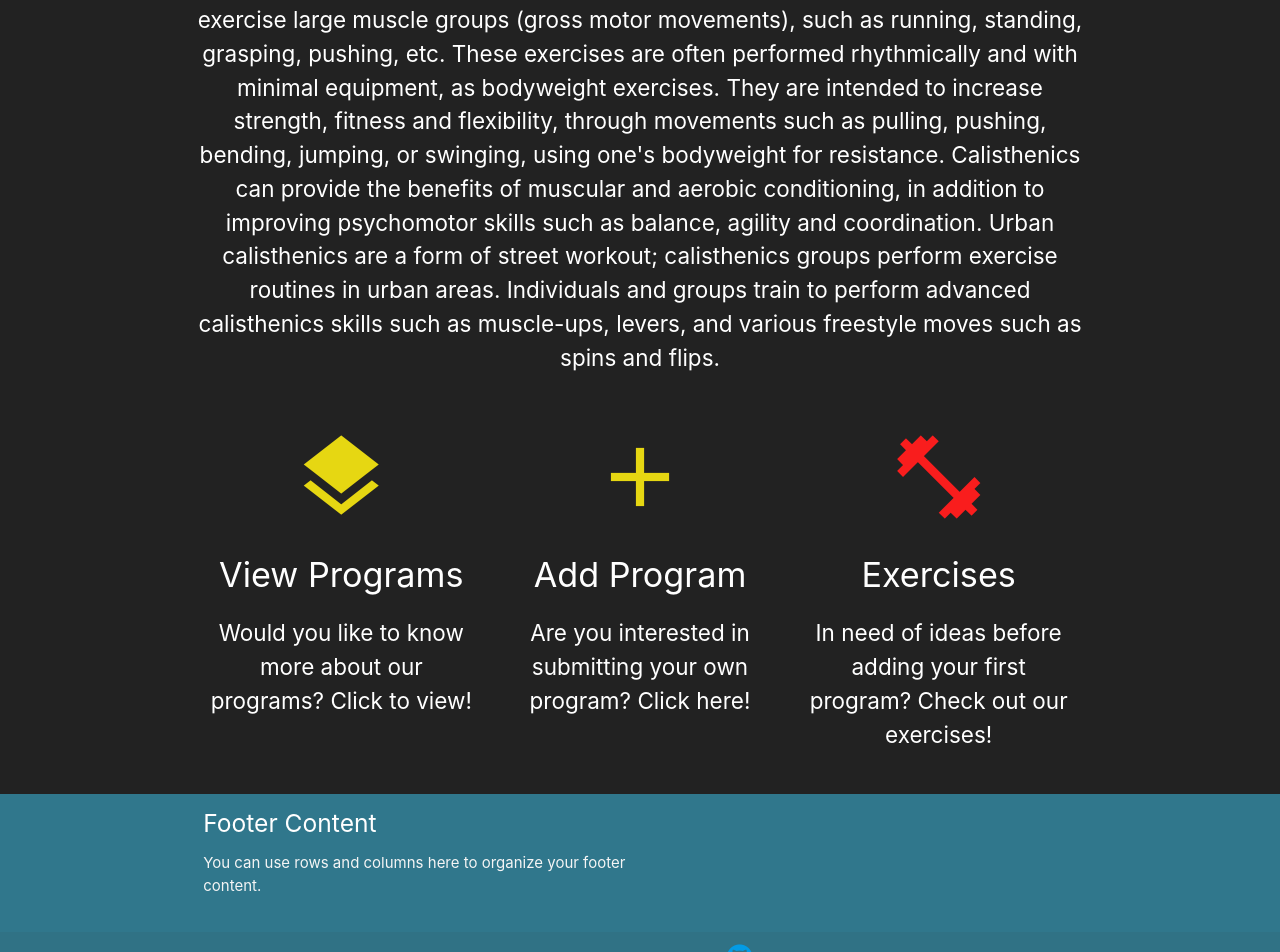
Repository: Ario124/calisthenics-project
Page: http://localhost/
The author's editor kept a record of every edit. The page is drawn from the files as they stood at one moment, then again after the next edit.
The browser window is 1280 px wide. The pictures show the part of the page from y = 951 to 1903 px (the page is 1936 px tall).
The page is served by the project's application, run on Flask 3 (app.py).

Above is the page before.

### templates/index.html
{% extends 'base.html' %}
{% block content %}

     <div class="video-container">
        <iframe src="///www.youtube.com/embed/FHBtLAvNGo4?start=14&end=103&controls=0&showinfo=0&rel=0&autoplay=1&loop=1&playlist=FHBtLAvNGo4&mute=1" frameborder="0" allowfullscreen></iframe>
      </div>


        <div class="container">
            <div class="col s12 center">
                <h1 class="center">What is Calisthenics?</h1>

                <p class="flow-text">
                    Calisthenics is a form of exercise consisting of a variety of movements which exercise large muscle groups (gross motor movements), such as running, standing, grasping, pushing,
                    etc. These exercises are often performed rhythmically and with minimal equipment,
                    as bodyweight exercises.<span class="hide-on-small-only"> They are intended to increase strength, fitness and flexibility, through
                                    movements such as pulling, pushing, bending, jumping, or swinging, using one's bodyweight for resistance. Calisthenics can provide
                                    the benefits of muscular and aerobic conditioning, in addition to improving psychomotor skills such as balance, agility and coordination.

                                    Urban calisthenics are a form of street workout; calisthenics groups perform exercise routines in urban areas.
                                    Individuals and groups train to perform advanced calisthenics skills such as muscle-ups, levers, and various freestyle moves such as spins and flips.</span>

                </p>

                <ul class="hide-on-large-only collapsible">
                    <li>
                        <div class="collapsible-header"><i class="material-icons">info_outline</i>Read More</div>
                        <div class="collapsible-body"><span>They are intended to increase strength, fitness and flexibility, through
                                    movements such as pulling, pushing, bending, jumping, or swinging, using one's bodyweight for resistance. Calisthenics can provide
                                    the benefits of muscular and aerobic conditioning, in addition to improving psychomotor skills such as balance, agility and coordination.

                                    Urban calisthenics are a form of street workout; calisthenics groups perform exercise routines in urban areas.
                                    Individuals and groups train to perform advanced calisthenics skills such as muscle-ups, levers, and various freestyle moves such as spins and flips.</span></div>
                    </li>
                </ul>
            </div>
            <div class="center-align row">

                <div class="col s4">
                    <a href="{{url_for('get_programs')}}"><i class="material-icons icon-size icon-color">layers</i></a>
                    <h4>View Programs</h4>
                    <p class="flow-text">Would you like to know more about our programs? Click to view!</p>
                </div>
                <div class="col s4">
                    <a href="{{url_for('add_program')}}"> <i class="material-icons icon-size icon-color">add</i></a>
                    <h4>Add Program</h4>
                    <p class="flow-text">Are you interested in submitting your own program? Click here!</p>
                </div>
                <div class="col s4">
                    <a href="{{url_for('exercises')}}"> <i class="material-icons icon-size icon-exercises">fitness_center</i></a>
                    <h4>Exercises</h4>
                    <p class="flow-text">In need of ideas before adding your first program? Check out our exercises!</p>
                </div>

            </div>
        </div>

{% endblock %}

### templates/base.html
<!DOCTYPE html>
<html lang="en">
<head>
    <meta charset="UTF-8">
    <meta name="viewport" content="width=device-width, initial-scale=1">
    <link href="https://fonts.googleapis.com/icon?family=Material+Icons" rel="stylesheet">
    <link rel="stylesheet" href="https://cdnjs.cloudflare.com/ajax/libs/materialize/1.0.0/css/materialize.min.css">
    <link rel="stylesheet" href="{{url_for('static', filename="css/main.css")}}" type="text/css" />
    <link rel="stylesheet" href="https://maxcdn.bootstrapcdn.com/font-awesome/4.7.0/css/font-awesome.min.css" type="text/css" />

    <title>Calisthenics Project</title>
    <link rel="icon" href="https://d1ujqdpfgkvqfi.cloudfront.net/favicon-generator/htdocs/favicons/2019-09-19/50f3ab5b7a10e0ae0911c83435938cd6.ico.png">

</head>
<body>
    <header>

        <div id="navbar-test" class="navbar-fixed">
            <nav>
                <div class="nav-wrapper">
                    <a href="{{url_for('home')}}" class="brand-logo"><i class="material-icons nav-icon-pad">home</i></a>
                    <a href="{{url_for('home')}}" class="brand-logo center-align">Calisthenics</a>
                    <a href="#" data-target="mobile-demo" class="sidenav-trigger"><i class="material-icons">menu</i></a>
                    <ul class="right hide-on-med-and-down">
                        <li><a href="{{url_for('get_programs')}}">View Programs</a></li>
                        <li><a href="{{url_for('add_program')}}">Add Program</a></li>
                        <li><a href="{{url_for('exercises')}}">Exercises</a></li>
                        <li><a href="{{url_for('contact')}}">Contact Us</a></li>
                    </ul>
                </div>
            </nav>

            <ul class="sidenav" id="mobile-demo">
                <li><a class="sidenav-close" href="#!"><i class="material-icons">menu</i>Close</a></li>
                <li><a href="{{url_for('get_programs')}}">View Programs</a></li>
                <li><a href="{{url_for('add_program')}}">Add Program</a></li>
                <li><a href="{{url_for('exercises')}}">Exercises</a></li>
                <li><a href="{{url_for('contact')}}">Contact Us</a></li>
            </ul>
        </div>

    </header>



    {% block content %} {% endblock %}

    <script src="https://cdnjs.cloudflare.com/ajax/libs/jquery/3.4.1/jquery.min.js"></script>
    <script src="https://cdnjs.cloudflare.com/ajax/libs/materialize/1.0.0/js/materialize.min.js"></script>
    <script type="text/javascript">
        M.AutoInit()
    </script>
    <script>
        var prevScrollpos = window.pageYOffset;
window.onscroll = function() {
  var currentScrollPos = window.pageYOffset;
  if (prevScrollpos > currentScrollPos) {
    document.getElementById("navbar-test").style.top = "0";
  } else {
    document.getElementById("navbar-test").style.top = "-70px";
  }
  prevScrollpos = currentScrollPos;
}
    </script>

</body>
        <footer class="page-footer">
          <div class="container">
            <div class="row">
              <div class="col l6 s12">
                <h5 class="white-text">Footer Content</h5>
                <p class="grey-text text-lighten-4">You can use rows and columns here to organize your footer content.</p>
              </div>
            </div>
          </div>
          <div class="footer-copyright">
            <div class="container center-align">
            CREATED BY PATRIK SOLIS
            <a target="_blank" href="https://github.com/Ario124"><i class="fa fa-github fa-2x"></i></a>
            </div>
          </div>
        </footer>

</html>

### app.py
import os
from flask import Flask, render_template, redirect, request, url_for
from flask_pymongo import PyMongo
from bson.objectid import ObjectId

app = Flask(__name__)


app.config["MONGO_DBNAME"] = 'calisthenics-project'
app.config["MONGO_URI"] = 'mongodb+srv://root:pasol005@myfirstcluster-qno2b.mongodb.net/calisthenics?retryWrites=true&w=majority'


mongo = PyMongo(app)

@app.route('/')
@app.route('/home')
def home():
    return render_template('index.html')

@app.route('/add_program')
def add_program():
    return render_template('add_program.html', categories =mongo.db.categories.find(), difficulty =mongo.db.difficulty.find())


@app.route('/categories')
def categories():
    return render_template('categories.html')

@app.route('/contact')
def contact():
    return render_template('contact.html')

@app.route('/get_programs')
def get_programs():
    return render_template('programs.html',
        training_programs=mongo.db.training_programs.find(), description =mongo.db.description.find())


@app.route('/insert_program', methods=['POST'])
def insert_program():
    training_programs = mongo.db.training_programs
    training_programs.insert_one(request.form.to_dict())
    return redirect(url_for('get_programs'))

@app.route('/edit_program/<program_id>')
def edit_program(program_id):
    _program = mongo.db.training_programs.find_one({"_id": ObjectId(program_id)})
    _categories = mongo.db.categories.find()
    _difficulty = mongo.db.difficulty.find()
    category_list = [category for category in _categories]
    difficulty_list = [difficult for difficult in _difficulty]
    return render_template('edit_program.html', program = _program, categories = category_list, difficulties = difficulty_list)


@app.route('/update_program/<program_id>', methods=['POST'])
def update_program(program_id):
    training_programs = mongo.db.training_programs
    training_programs.update({'_id': ObjectId(program_id)},
    {
        'category_name':request.form.get('category_name'),
        'difficulty_level':request.form.get('difficulty_level'),
        'program_name':request.form.get('program_name'),
        'exercise':request.form.get('exercise'),
        'exercise2':request.form.get('exercise2'),
        'exercise3':request.form.get('exercise3'),
        'sets_amount':request.form.get('sets_amount'),
        'sets_amount2':request.form.get('sets_amount2'),
        'sets_amount3':request.form.get('sets_amount3'),
        'reps_amount':request.form.get('reps_amount'),
        'reps_amount2':request.form.get('reps_amount2'),
         'reps_amount3':request.form.get('reps_amount3'),
        'equipment_required':request.form.get('equipment_required'),
        'description':request.form.get('description')
    })
    return redirect(url_for('get_programs'))

@app.route('/add_exercise')
def add_exercise():
    return render_template('add_exercise.html')


@app.route('/delete_program/<program_id>')
def delete_program(program_id):
    mongo.db.training_programs.remove({'_id': ObjectId(program_id)})
    return redirect(url_for('get_programs'))


@app.route('/exercises')
def exercises():
    return render_template('exercises.html')

if __name__ == '__main__':
    app.run(host=os.environ.get('IP'),
            port=int(os.environ.get('PORT')),
            debug=True)

### static/css/main.css
nav {
    background-color: black;

}

.brand-logo {
    font-size: 40px;
}

.video-container iframe, .video-container object, .video-container embed {
    position: absolute;
    top: 0;
    left: 0;
    width: 100%;
    height: 100%;

}


.circle {
    width: 36%;
}

.video-container {
    bottom: 65px;
    z-index: -4;
}

.collapsible-header {
background-color: transparent;
}

.icon-size {
    font-size: 100px;
    margin-top:30px;
}

.contoo {
    background-color: #212525e8;
    color: orange;
}

.program-header {
    margin-top: 5px;
}

.colored-title {
    color: #e85a13;
}

.icon-color {
    color: #e6d712;
}

.icon-color2 {
    color: #24eabe;
}

.btn-colored {
    background-color: #71c4d8e0;
}

.btn-colored:hover {
    background-color: #3196af;
}

.img-test {
    background-image: url("/static/images/Pushups.jpg");
}

.icon-exercises {
    font-size: 100px;
    margin-top:30px;
    color: #f91d1d;
}

.expert_title {
    margin-bottom: 30px;
    margin-top: 30px;
}
body {
    background-color: #222;
    color: white;
}

nav .brand-logo i, .hoomee {
    font-size: 40px;
}

.select-dropdown {
    color: white;
}

.select-dropdown li.disabled>span {
    color: white;
}

.select-dropdown:focus {
    color:white;
}

input {
    color:white;


}

.container {
    color:white;
}

textarea.materialize-textarea {
    color:white;
}

.dropdown-content {
    background-color: #313131;
}

.dropdown-content li>span {
    color:white;
}

.select-wrapper .caret {
    fill:white
}

.sidenav-overlay {
    opacity: 0 !important;
    position: relative;
}

        .nav-icon-pad {
 padding-left:220px;

}


            .flow-text {
        font-size: 1rem;
    }

.pad-this {
    padding-top: 24px;
}

.page-footer {
    background-color: #317a90f7;
    padding-top: 0px;
}


/* MEDIA QUERIES */



@media all and (min-width: 480px) and (max-width: 767px) {
    nav {
        background-color: #d0501ef7;
    }
            .flow-text {
        font-size: 2.1rem;
    }
}

@media all and (min-width: 768px) and (max-width: 1024px) {

    nav {
        background-color: #d01e1ef7;
    }

        .flow-text {
        font-size: 2.1rem;
    }

}


@media all and (min-width: 1025px) {

        nav .brand-logo {
            left: 43%;
        }

        nav {
            background-color:white;
        }

        .nav-icon-pad {
 padding-left:190px;
}

            .flow-text {
        font-size: 1.5rem;
    }


.pad-this {
    padding-top: 0;
}


}

After the next edit:
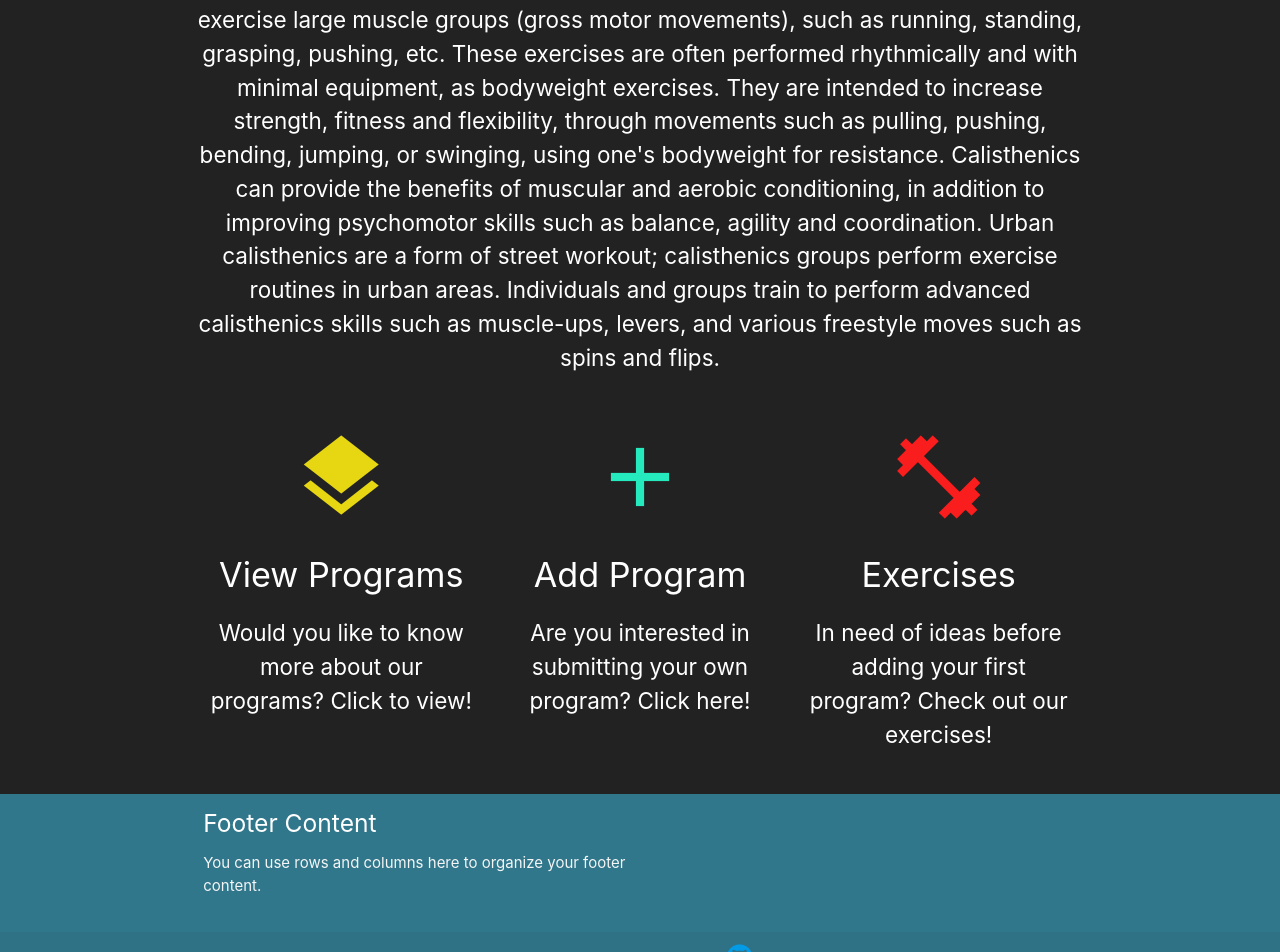
The edit:
--- a/templates/index.html
+++ b/templates/index.html
@@ -42,7 +42,7 @@
                     <p class="flow-text">Would you like to know more about our programs? Click to view!</p>
                 </div>
                 <div class="col s4">
-                    <a href="{{url_for('add_program')}}"> <i class="material-icons icon-size icon-color">add</i></a>
+                    <a href="{{url_for('add_program')}}"> <i class="material-icons icon-size icon-color2">add</i></a>
                     <h4>Add Program</h4>
                     <p class="flow-text">Are you interested in submitting your own program? Click here!</p>
                 </div>
